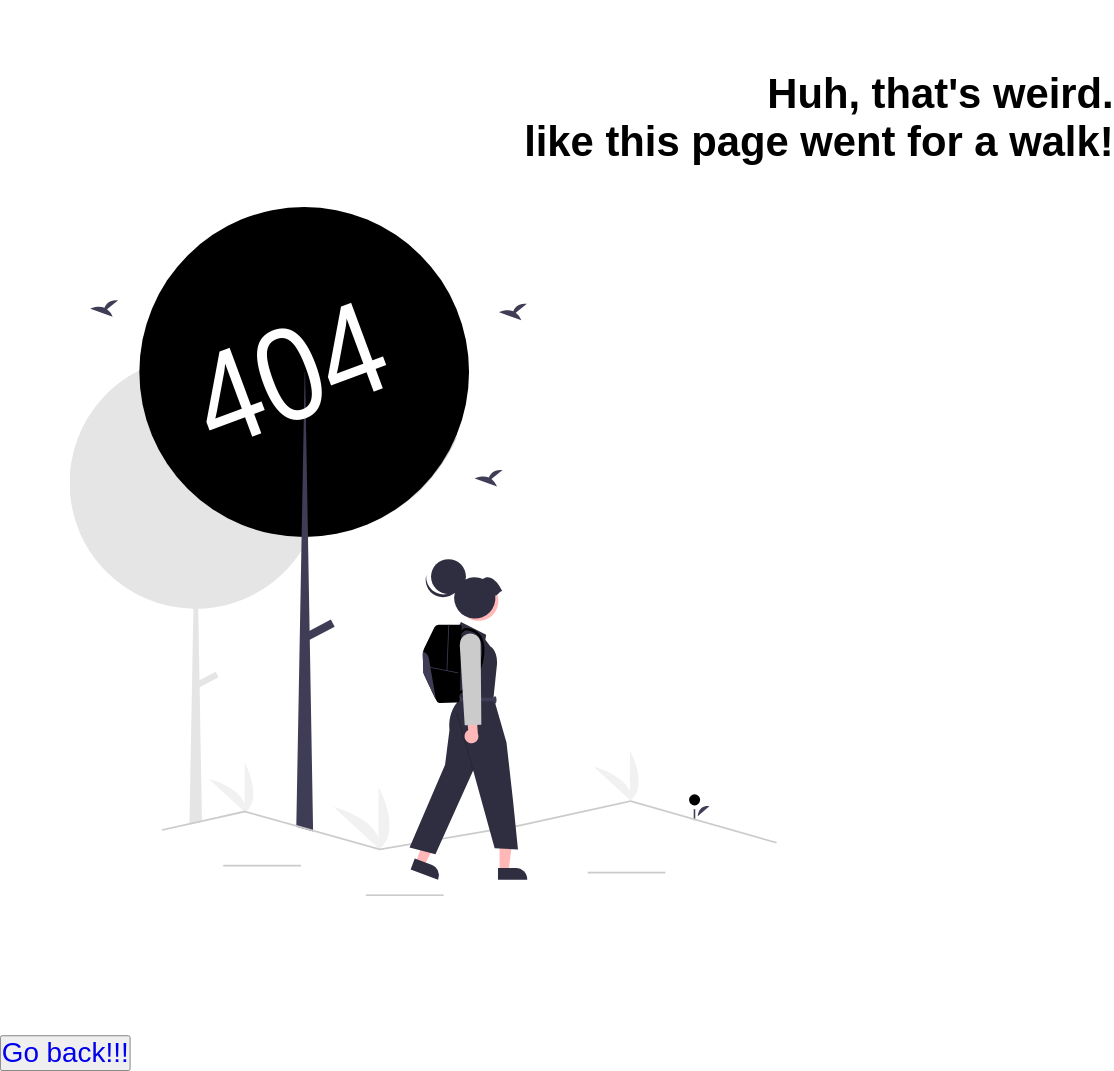
Repository: TeeJaysDev/Portfolio
Page: 404.html
An editor plug-in stored every save of this project. The page is shown before and after the next save, followed by the edit.
The browser window is 1280 px wide. The pictures show the whole page, at 87% of full size.

Above is the page before, as saved 2021-06-11 23:17:24.

### 404.html
<!DOCTYPE html>
<html lang="en">
<head>
    <meta charset="UTF-8">
    <meta http-equiv="X-UA-Compatible" content="IE=edge">
    <meta name="viewport" content="width=device-width, initial-scale=1.0">
    <script type="text/javascript" src="script.js"></script>
    <link rel="stylesheet" href="404.css">
    <link rel="preconnect" href="https://fonts.gstatic.com">
    <link href="https://fonts.googleapis.com/css2?family=Raleway&display=swap" rel="stylesheet">
    <title>Tymon Jędryczka | Portfolio</title>
</head>
<body>
    <section class="error">
        <h1>
            Huh, that's weird. <br> like this page went for a walk!
        </h1>
        <div class="mainError">
            <img src="Images/svg/hiking.svg">
        </div>
        <button>
            <a href="index.html">Go back!!!</a>
        </button>
    </section>
</body>
</html>

### 404.css
* {
    margin: 0;
    padding: 0;
    box-sizing: border-box;
    font-family: sans-serif;
    text-decoration: none;
    list-style: none;
}

.error h1 {
    font-family: Arial, Helvetica, sans-serif;
    font-weight: 700;
    font-size: 3rem;
    margin-top: 5rem;
    margin-right: ;
    text-align: right;
}

.error button a {
    text-decoration: none;
    text-align: center;
    font-size: 2rem;
}

.error .mainError {
    display: flex;
    text-align: center;
    margin-left: 40rem;
    margin-right: auto;
}

.error img {
    margin-left: -35rem;
    margin-top: 3rem;
}

.error button {
    margin-top: 10rem;
    overflow-y: hidden;
}

Loaded but not shown: script.js (no stored copy; drawn as an empty file)

After the next save:
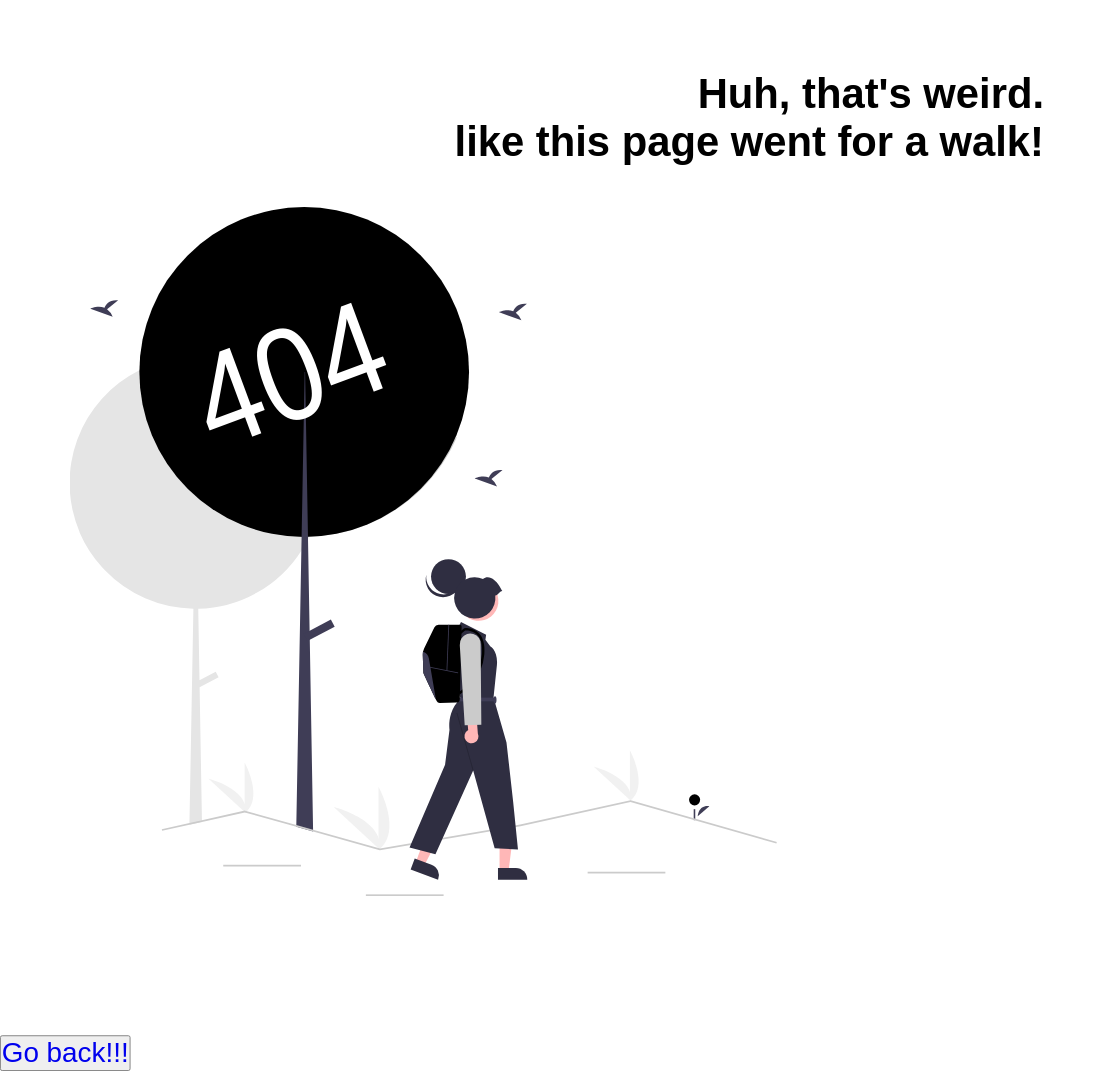
Saved 5 s later.
--- a/404.css
+++ b/404.css
@@ -12,7 +12,7 @@
     font-weight: 700;
     font-size: 3rem;
     margin-top: 5rem;
-    margin-right: ;
+    margin-right: 5rem;
     text-align: right;
 }
 
